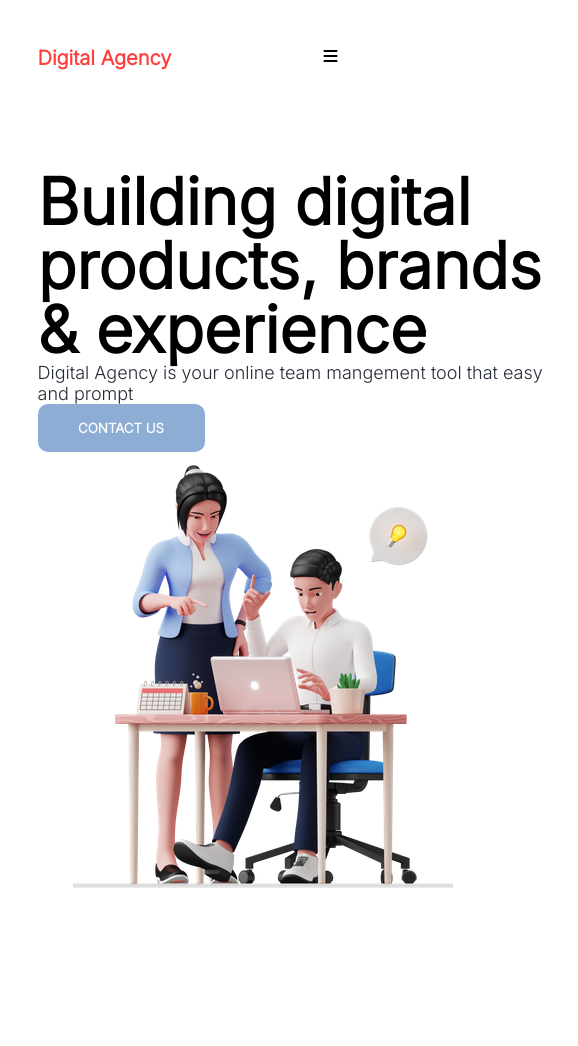
Repository: ThuatDev/fullstack_devc
Page: index.html
The author's editor kept a copy of each file at every save. The page is drawn from the files as they stood at one save, then again after the next save.
The browser window is 375 px wide. The page is 578 px wide, so the pictures cover 578 px, including what lies to the right of the window. The pictures show the whole page.

Above is the page before, as saved 2022-11-09 17:36:15.

After the next save:
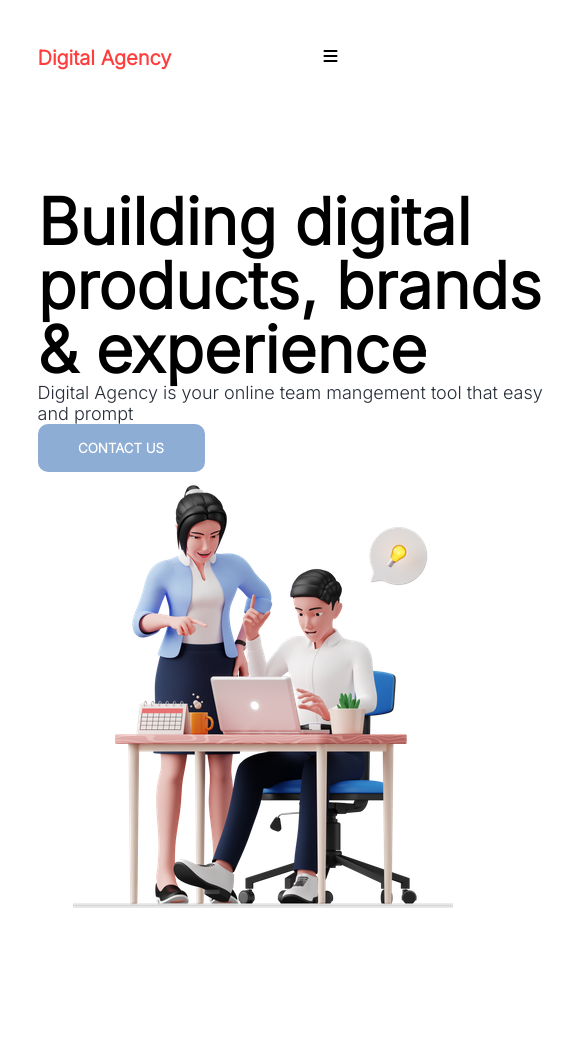
Saved 26 s later.
--- a/reposive.css
+++ b/reposive.css
@@ -27,6 +27,6 @@
     align-items: center; */
   }
   .h-section .h-section__left {
-    justify-content: space-evenly;
+    margin-top: 20px;
   }
 }
